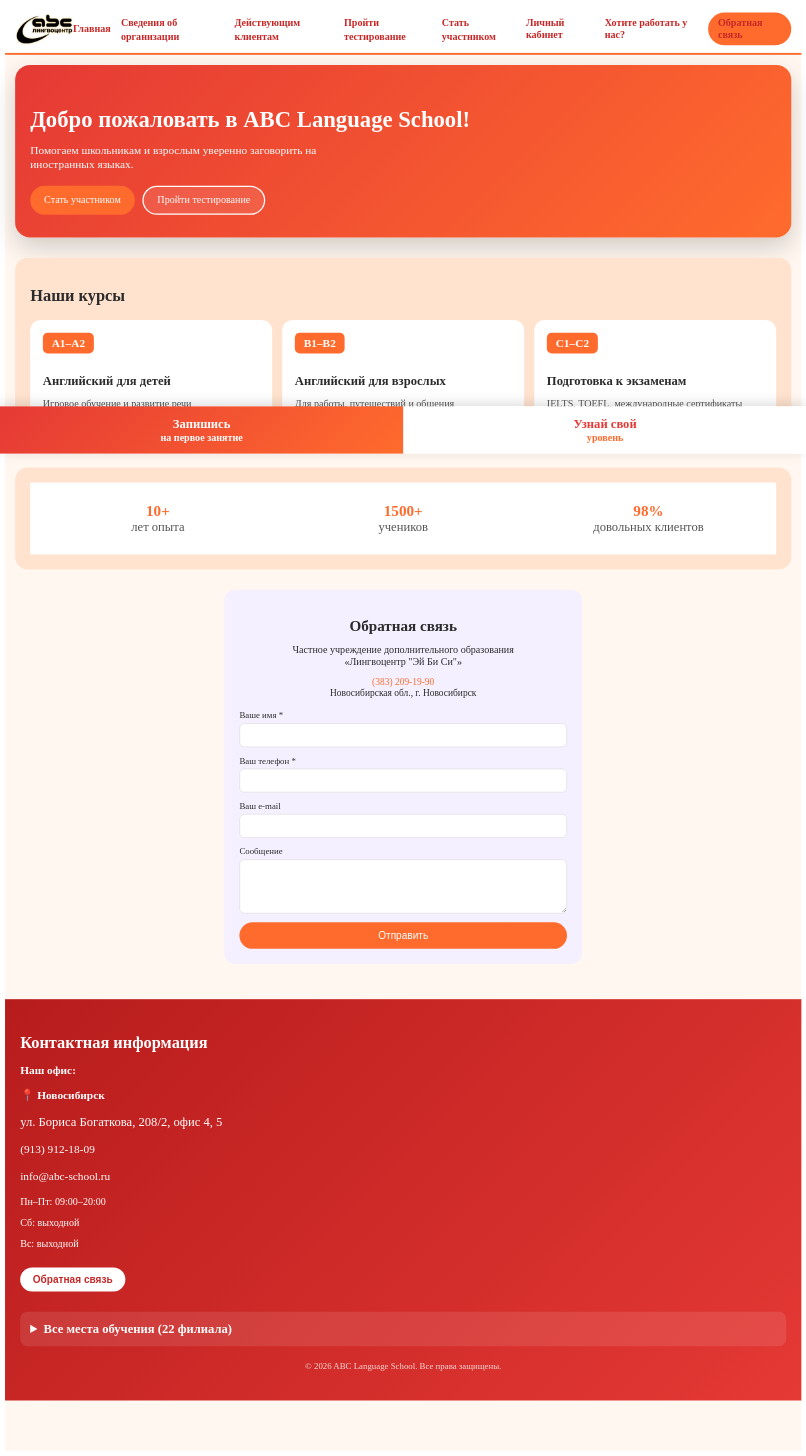
Repository: vidergooold/abc-language-school
Page: / (app in frontend/)
An editor plug-in stored every save of this project. The page is shown before and after the next save, followed by the edit.
The browser window is 1280 px wide. The pictures show the whole page, at 63% of full size.
The project was rebuilt for these pictures with package versions that can differ from the ones it lists, and the page was loaded fresh each time. Also part of the build but not shown: frontend/vite.config.ts, frontend/src/components/courses/CoursesFilter.vue, frontend/src/components/courses/CourseCard.vue, frontend/src/components/courses/CoursesGrid.vue, frontend/src/pages/Courses.vue, frontend/src/pages/Login.vue, frontend/src/pages/Register.vue, frontend/src/pages/Enroll.vue and 22 more.

Above is the page before, as saved 2026-01-11 21:50:04.

### frontend/src/main.ts
import { createApp } from 'vue'
import App from './App.vue'
import router from './router'
import './styles/theme.css'

import { createPinia } from 'pinia'

const pinia = createPinia()

createApp(App)
  .use(router)
  .use(pinia)
  .mount('#app')

### frontend/src/App.vue
<template>
  <div class="app">
    <Header />
    <main class="app-main">
      <router-view />
    </main>
    <Footer />
    <ScrollToTop />
    <FloatingCTA />
  </div>
</template>

<script setup lang="ts">
import Header from './components/layout/Header.vue'
import Footer from './components/layout/Footer.vue'
import ScrollToTop from './components/ui/ScrollToTop.vue'
import FloatingCTA from './components/ui/FloatingCTA.vue'
</script>

<style scoped>
.app {
  min-height: 100vh;
  display: flex;
  flex-direction: column;
  background: var(--bg-main);
  color: var(--text-main);
  font-size: var(--font-size-base);
  padding-bottom: 80px;
}

.app-main {
  flex: 1;
  padding: 16px;
}
</style>

### frontend/src/router/index.ts
import { createRouter, createWebHistory } from 'vue-router'

import Home from '@/pages/Home.vue'
import Courses from '@/pages/Courses.vue'
import Login from '@/pages/Login.vue'
import Register from '@/pages/Register.vue'
import Enroll from '@/pages/Enroll.vue'
import Testing from '@/pages/Testing.vue'
import Jobs from '@/pages/Jobs.vue'

// Organization layout и подстраницы
import OrganizationLayout from '@/components/layout/OrganizationLayout.vue'
import OrgMain from '@/pages/organization/Main.vue'
import OrgStructure from '@/pages/organization/Structure.vue'
import OrgDocs from '@/pages/organization/Docs.vue'
import OrgEducation from '@/pages/organization/Education.vue'
import OrgManagement from '@/pages/organization/Management.vue'
import OrgStaff from '@/pages/organization/Staff.vue'
import OrgFacilities from '@/pages/organization/Facilities.vue'
import OrgServices from '@/pages/organization/Services.vue'
import OrgFinance from '@/pages/organization/Finance.vue'
import OrgVacancies from '@/pages/organization/Vacancies.vue'
import OrgInternational from '@/pages/organization/International.vue'

// Clients layout и подстраницы
import ClientsLayout from '@/components/layout/ClientsLayout.vue'
import ClientsImportant from '@/pages/clients/Important.vue'
import ClientsHolidays from '@/pages/clients/Holidays.vue'
import ClientsPayment from '@/pages/clients/Payment.vue'
import ClientsTax from '@/pages/clients/Tax.vue'

import AccountLayout from '@/components/layout/AccountLayout.vue'
import Profile from '@/pages/account/Profile.vue'

import { useAuthStore } from '@/stores/auth'

const router = createRouter({
  history: createWebHistory(),
  routes: [
    { path: '/', component: Home },
    { path: '/courses', component: Courses },
    { path: '/enroll', component: Enroll },
    { path: '/testing', component: Testing },
    { path: '/jobs', component: Jobs },
    { path: '/login', component: Login },
    { path: '/register', component: Register },

    // Organization с вложенными маршрутами
    {
      path: '/organization',
      component: OrganizationLayout,
      redirect: '/organization/main',
      children: [
        { path: 'main', component: OrgMain },
        { path: 'structure', component: OrgStructure },
        { path: 'docs', component: OrgDocs },
        { path: 'education', component: OrgEducation },
        { path: 'management', component: OrgManagement },
        { path: 'staff', component: OrgStaff },
        { path: 'facilities', component: OrgFacilities },
        { path: 'services', component: OrgServices },
        { path: 'finance', component: OrgFinance },
        { path: 'vacancies', component: OrgVacancies },
        { path: 'international', component: OrgInternational },
      ],
    },

    // Clients с вложенными маршрутами
    {
      path: '/clients',
      component: ClientsLayout,
      redirect: '/clients/important',
      children: [
        { path: 'important', component: ClientsImportant },
        { path: 'holidays', component: ClientsHolidays },
        { path: 'payment', component: ClientsPayment },
        { path: 'tax', component: ClientsTax },
      ],
    },

    {
      path: '/account',
      component: AccountLayout,
      meta: { requiresAuth: true },
      children: [
        { path: '', component: Profile },
      ],
    },
  ],
})

router.beforeEach((to) => {
  const auth = useAuthStore()
  if (to.meta.requiresAuth && !auth.token) {
    return '/login'
  }
})

export default router

### frontend/src/styles/theme.css
:root {
  /* Цвета — красно-оранжевая палитра */
  --bg-main: #fff7f0;
  --bg-white: #ffffff;
  --brand-orange: #ff6b2d;     /* яркий оранжевый */
  --brand-red: #e53935;        /* красный */
  --brand-purple: #c62828;     /* заменили фиолетовый на тёмно-красный */
  --brand-dark-red: #b71c1c;   /* ещё темнее для контраста */

  --text-main: #2b2b2b;
  --text-secondary: #555555;

  /* Типографика */
  --font-size-base: 20px;
  --font-size-h1: 36px;
  --font-size-h2: 30px;
  --font-size-h3: 24px;

  /* Прочее */
  --border-radius: 16px;
}

### frontend/src/components/layout/Header.vue
<template>
  <header class="header">
    <RouterLink to="/" class="logo">
      <img src="/logo.png" alt="ABC School" class="logo-img" />
    </RouterLink>

    <nav class="nav">
      <RouterLink to="/">Главная</RouterLink>

      <div class="nav-item nav-dropdown">
        <span>Сведения об организации</span>
        <div class="nav-dropdown__menu">
          <RouterLink to="/organization/main">Основные сведения</RouterLink>
          <RouterLink to="/organization/structure">
            Структура и управление
          </RouterLink>
          <RouterLink to="/organization/docs">Документы</RouterLink>
          <RouterLink to="/organization/education">Образование</RouterLink>
          <RouterLink to="/organization/management">Руководство</RouterLink>
          <RouterLink to="/organization/staff">Педагогический состав</RouterLink>
          <RouterLink to="/organization/facilities">
            Материально-техническое обеспечение
          </RouterLink>
          <RouterLink to="/organization/services">
            Платные образовательные услуги
          </RouterLink>
          <RouterLink to="/organization/finance">
            Финансово-хозяйственная деятельность
          </RouterLink>
          <RouterLink to="/organization/vacancies">Вакантные места</RouterLink>
          <RouterLink to="/organization/international">
            Международное сотрудничество
          </RouterLink>
        </div>
      </div>

      <div class="nav-item nav-dropdown">
        <span>Действующим клиентам</span>
        <div class="nav-dropdown__menu">
          <RouterLink to="/clients/important">Важная информация</RouterLink>
          <RouterLink to="/clients/holidays">
            Каникулы и выходные дни
          </RouterLink>
          <RouterLink to="/clients/payment">
            Оплата, перерасчет, возврат
          </RouterLink>
          <RouterLink to="/clients/tax">Налоговый вычет</RouterLink>
        </div>
      </div>

      <div class="nav-item nav-dropdown">
        <span>Пройти тестирование</span>
        <div class="nav-dropdown__menu">
          <RouterLink to="/testing">1–5 классы</RouterLink>
          <RouterLink to="/testing">6–8 классы</RouterLink>
          <RouterLink to="/testing">9–11 классы, взрослые</RouterLink>
        </div>
      </div>

      <div class="nav-item nav-dropdown">
        <span>Стать участником</span>
        <div class="nav-dropdown__menu">
          <RouterLink to="/enroll">Анкета школьника</RouterLink>
          <RouterLink to="/enroll">Анкета взрослого</RouterLink>
          <RouterLink to="/enroll">Анкета дошкольника</RouterLink>
        </div>
      </div>

      <RouterLink to="/account" class="nav-item">
        Личный кабинет
      </RouterLink>

      <RouterLink to="/jobs" class="nav-item">
        Хотите работать у нас?
      </RouterLink>

      <a href="/#feedback" class="nav-item nav-feedback" @click="scrollToFeedback">
        Обратная связь
      </a>
    </nav>
  </header>
</template>

<script setup lang="ts">
import { RouterLink } from 'vue-router'

function scrollToFeedback(e: Event) {
  e.preventDefault()
  const el = document.getElementById('feedback')
  if (el) {
    el.scrollIntoView({ behavior: 'smooth' })
  } else {
    window.location.href = '/#feedback'
  }
}
</script>

<style scoped>
.header {
  display: flex;
  justify-content: space-between;
  align-items: center;
  padding: 12px 16px;
  background: #ffffff;
  border-bottom: 3px solid var(--brand-orange);
}

.logo {
  display: flex;
  align-items: center;
  text-decoration: none;
  cursor: pointer;
  transition: opacity 0.2s;
}

.logo:hover {
  opacity: 0.8;
}

.logo-img {
  height: 50px; /* настрой высоту под свой логотип */
  width: auto;
  object-fit: contain;
}

.nav {
  display: flex;
  gap: 16px;
  align-items: center;
}

.nav a,
.nav-item span {
  font-size: 16px;
  font-weight: 600;
  color: var(--brand-purple);
  text-decoration: none;
}

.nav-item {
  position: relative;
  cursor: pointer;
}

.nav-dropdown__menu {
  display: none;
  position: absolute;
  top: 120%;
  left: 0;
  flex-direction: column;
  background: #fff7f0;
  padding: 12px 0;
  border-radius: 10px;
  box-shadow: 0 6px 18px rgba(0, 0, 0, 0.18);
  min-width: 280px;
  z-index: 10;
}

.nav-dropdown:hover .nav-dropdown__menu {
  display: flex;
}

.nav-dropdown__menu a {
  padding: 12px 16px;
  white-space: nowrap;
  font-size: 15px;
}

.nav-dropdown__menu a:hover {
  background: #ffe3cf;
}

.nav-feedback {
  padding: 8px 16px;
  border-radius: 999px;
  background: var(--brand-orange);
  color: #ffffff;
  text-decoration: none;
}

.nav-feedback:hover {
  background: var(--brand-red);
}
</style>

### frontend/src/components/ui/ScrollToTop.vue
<template>
  <button
    v-if="visible"
    class="scroll-top"
    @click="scrollToTop"
    aria-label="Наверх"
  >
    ↑
  </button>
</template>

<script setup lang="ts">
import { onMounted, onBeforeUnmount, ref } from 'vue'

const visible = ref(false)

function onScroll() {
  visible.value = window.scrollY > 300
}

function scrollToTop() {
  window.scrollTo({ top: 0, behavior: 'smooth' })
}

onMounted(() => {
  window.addEventListener('scroll', onScroll)
})

onBeforeUnmount(() => {
  window.removeEventListener('scroll', onScroll)
})
</script>

<style scoped>
.scroll-top {
  position: fixed;
  right: 24px;
  bottom: 100px; /* было 32px — подняли над фиксированными кнопками */
  width: 56px;
  height: 56px;
  border-radius: 999px;
  border: none;
  background: var(--brand-orange);
  color: #fff;
  font-size: 32px;
  cursor: pointer;
  box-shadow: 0 6px 16px rgba(0, 0, 0, 0.25);
  transition: transform 0.2s, box-shadow 0.2s;
  z-index: 101; /* выше FloatingCTA */
}

.scroll-top:hover {
  transform: translateY(-4px);
  box-shadow: 0 8px 20px rgba(0, 0, 0, 0.3);
}
</style>

### frontend/src/components/ui/FloatingCTA.vue
<template>
  <div class="floating-cta">
    <RouterLink to="/enroll" class="cta-btn cta-btn--enroll">
      <span class="cta-btn__title">Запишись</span>
      <span class="cta-btn__subtitle">на первое занятие</span>
    </RouterLink>

    <RouterLink to="/testing" class="cta-btn cta-btn--level">
      <span class="cta-btn__title">Узнай свой</span>
      <span class="cta-btn__subtitle">уровень</span>
    </RouterLink>
  </div>
</template>

<script setup lang="ts">
import { RouterLink } from 'vue-router'
</script>

<style scoped>
.floating-cta {
  position: fixed;
  bottom: 0;
  left: 0;
  right: 0;
  display: grid;
  grid-template-columns: 1fr 1fr;
  gap: 0;
  z-index: 100;
  box-shadow: 0 -4px 20px rgba(0, 0, 0, 0.15);
}

.cta-btn {
  padding: 16px 20px;
  text-align: center;
  text-decoration: none;
  display: flex;
  flex-direction: column;
  align-items: center;
  justify-content: center;
  transition: transform 0.2s;
}

.cta-btn:hover {
  transform: translateY(-4px);
}

.cta-btn--enroll {
  background: linear-gradient(135deg, var(--brand-red), var(--brand-orange));
  color: #ffffff;
}

.cta-btn--level {
  background: #ffffff;
  color: var(--brand-red); /* было purple */
  border-left: 1px solid #e0e0e0;
}

.cta-btn__title {
  font-size: 20px;
  font-weight: 700;
  margin-bottom: 2px;
}

.cta-btn__subtitle {
  font-size: 16px;
  font-weight: 600;
}

.cta-btn--level .cta-btn__subtitle {
  color: var(--brand-orange);
}
</style>

### frontend/src/pages/Home.vue
<template>
  <div class="home">
    <!-- Hero -->
    <section class="hero">
      <div class="hero__content">
        <h1 class="hero__title">
          Добро пожаловать в ABC Language School!
        </h1>
        <p class="hero__text">
          Помогаем школьникам и взрослым уверенно заговорить
          на иностранных языках.
        </p>

        <div class="hero__actions">
          <RouterLink to="/enroll" class="btn btn-primary">
            Стать участником
          </RouterLink>
          <RouterLink to="/testing" class="btn btn-secondary">
            Пройти тестирование
          </RouterLink>
        </div>
      </div>
    </section>

    <!-- Превью курсов (убрали повторный заголовок) -->
    <section class="section">
      <CoursesPreview />
    </section>

    <!-- Блок преимуществ / статистики -->
    <section class="section">
      <StatsBlock />
    </section>

    <!-- Обратная связь -->
    <section id="feedback" class="section feedback-section">
      <FeedbackForm />
    </section>
  </div>
</template>

<script setup lang="ts">
import CoursesPreview from '@/components/home/CoursesPreview.vue'
import StatsBlock from '@/components/home/StatsBlock.vue'
import FeedbackForm from '@/components/home/FeedbackForm.vue'

</script>

<style scoped>
.home {
  display: flex;
  flex-direction: column;
  gap: 32px;
}

/* Hero */
.hero {
  background: linear-gradient(135deg, var(--brand-red), var(--brand-orange));
  color: #ffffff;
  border-radius: 24px;
  padding: 36px 24px;
  box-shadow: 0 16px 40px rgba(0, 0, 0, 0.18);
}

.hero__title {
  font-size: var(--font-size-h1);
  font-weight: 700;
  margin-bottom: 12px;
}

.hero__text {
  font-size: 18px;
  margin-bottom: 24px;
  max-width: 520px;
}

.hero__actions {
  display: flex;
  flex-wrap: wrap;
  gap: 12px;
}

.btn {
  display: inline-flex;
  align-items: center;
  justify-content: center;
  padding: 12px 22px;
  border-radius: 999px;
  font-size: 16px;
  text-decoration: none;
  cursor: pointer;
}

.btn-primary {
  background: var(--brand-orange);
  color: #ffffff;
}

.btn-secondary {
  border: 2px solid #ffffff;
  color: #ffffff;
  background: rgba(255, 255, 255, 0.1);
}

/* Оранжевые секции */
.section {
  background: #ffe3cf;
  border-radius: 20px;
  padding: 24px;
}

.feedback-section {
  background: transparent;
  padding: 0;
}
</style>

### frontend/src/stores/auth.ts
import { defineStore } from 'pinia'
import http from '@/api/http'

export const useAuthStore = defineStore('auth', {
  state: () => ({
    token: localStorage.getItem('token') as string | null,
  }),

  actions: {
    async login(email: string, password: string) {
      const res = await http.post('/auth/login', { email, password })
      this.token = res.data.access_token
      localStorage.setItem('token', this.token!)
    },
    logout() {
      this.token = null
      localStorage.removeItem('token')
    },
  },
})

### frontend/src/components/home/CoursesPreview.vue
<template>
  <section class="courses">
    <h2 class="section-title">Наши курсы</h2>

    <div class="courses-grid">
      <div class="course-card">
        <span class="level">A1–A2</span>
        <h3>Английский для детей</h3>
        <p>Игровое обучение и развитие речи</p>
      </div>

      <div class="course-card">
        <span class="level">B1–B2</span>
        <h3>Английский для взрослых</h3>
        <p>Для работы, путешествий и общения</p>
      </div>

      <div class="course-card">
        <span class="level">C1–C2</span>
        <h3>Подготовка к экзаменам</h3>
        <p>IELTS, TOEFL, международные сертификаты</p>
      </div>
    </div>
  </section>
</template>

<style scoped>
.courses {
  padding: 0;
}

.section-title {
  font-size: 26px;
  font-weight: 700;
  margin-bottom: 24px;
}

.courses-grid {
  display: grid;
  grid-template-columns: 1fr;
  gap: 16px;
}

.course-card {
  background: var(--bg-white);
  padding: 20px;
  border-radius: var(--border-radius);
}

.course-card .level {
  display: inline-block;
  background: var(--brand-orange);
  color: #ffffff;
  padding: 6px 14px;
  border-radius: 8px;
  font-size: 18px;
  font-weight: 700;
  margin-bottom: 12px;
}

.course-card h3 {
  font-size: 20px;
  margin-bottom: 8px;
}

.course-card p {
  font-size: 16px;
  color: var(--text-secondary);
}

@media (min-width: 768px) {
  .courses-grid {
    grid-template-columns: repeat(3, 1fr);
  }
}
</style>

### frontend/src/components/home/StatsBlock.vue
<template>
  <section class="stats">
    <div class="stats__item">
      <strong>10+</strong>
      <span>лет опыта</span>
    </div>

    <div class="stats__item">
      <strong>1500+</strong>
      <span>учеников</span>
    </div>

    <div class="stats__item">
      <strong>98%</strong>
      <span>довольных клиентов</span>
    </div>
  </section>
</template>

<style scoped>
.stats {
  display: grid;
  grid-template-columns: 1fr;
  gap: 16px;
  padding: 32px 16px;
  background: var(--bg-white);
}

.stats__item {
  text-align: center;
}

.stats__item strong {
  font-size: 24px;
  color: var(--brand-orange);
}

.stats__item span {
  display: block;
  color: var(--text-secondary);
}

@media (min-width: 768px) {
  .stats {
    grid-template-columns: repeat(3, 1fr);
  }
}
</style>

### frontend/src/components/home/FeedbackForm.vue
<template>
  <div class="feedback">
    <h2 class="feedback__title">Обратная связь</h2>

    <p class="feedback__org">
      Частное учреждение дополнительного образования<br />
      «Лингвоцентр &quot;Эй Би Си&quot;»
    </p>

    <p class="feedback__contact">
      <a href="tel:+73832091990">(383) 209-19-90</a><br />
      Новосибирская обл., г. Новосибирск
    </p>

    <form class="feedback__form" @submit.prevent="submit">
      <div class="field">
        <label>Ваше имя *</label>
        <input v-model="name" type="text" required />
      </div>

      <div class="field">
        <label>Ваш телефон *</label>
        <input v-model="phone" type="tel" required />
      </div>

      <div class="field">
        <label>Ваш e‑mail</label>
        <input v-model="email" type="email" />
      </div>

      <div class="field">
        <label>Сообщение</label>
        <textarea v-model="message" rows="4" />
      </div>

      <button class="submit-btn" type="submit">
        Отправить
      </button>
    </form>
  </div>
</template>

<script setup lang="ts">
import { ref } from 'vue'

const name = ref('')
const phone = ref('')
const email = ref('')
const message = ref('')

function submit() {
  // здесь позже можно добавить отправку на backend
  alert('Спасибо! Мы свяжемся с вами.')
}
</script>

<style scoped>
.feedback {
  max-width: 520px;
  margin: 0 auto;
  padding: 24px;
  background: #f5f0ff;
  border-radius: 16px;
}

.feedback__title {
  font-size: 24px;
  margin-bottom: 12px;
  text-align: center;
}

.feedback__org {
  font-size: 16px;
  text-align: center;
  margin-bottom: 8px;
}

.feedback__contact {
  font-size: 15px;
  text-align: center;
  margin-bottom: 20px;
}

.feedback__contact a {
  color: var(--brand-orange);
  text-decoration: none;
}

.feedback__form .field {
  display: flex;
  flex-direction: column;
  margin-bottom: 14px;
}

.feedback__form label {
  font-size: 14px;
  margin-bottom: 4px;
}

.feedback__form input,
.feedback__form textarea {
  padding: 10px;
  border-radius: 8px;
  border: 1px solid #ddd;
  font-size: 14px;
}

.submit-btn {
  width: 100%;
  padding: 12px;
  border-radius: 999px;
  border: none;
  background: var(--brand-orange);
  color: #fff;
  font-size: 16px;
  cursor: pointer;
}
</style>

### frontend/src/api/http.ts
import axios from 'axios'
import { useAuthStore } from '@/stores/auth'

const http = axios.create({
  baseURL: 'http://localhost:8000/api/v1',
  headers: {
    'Content-Type': 'application/json',
  },
})

// автоматически добавляем JWT, если есть
http.interceptors.request.use((config) => {
  const authStore = useAuthStore()
  if (authStore.token) {
    config.headers = config.headers || {}
    config.headers.Authorization = `Bearer ${authStore.token}`
  }
  return config
})

export default http

Loaded but not shown: frontend/index.html (common file); frontend/src/components/layout/Footer.vue (389 lines, source omitted)

After the next save:
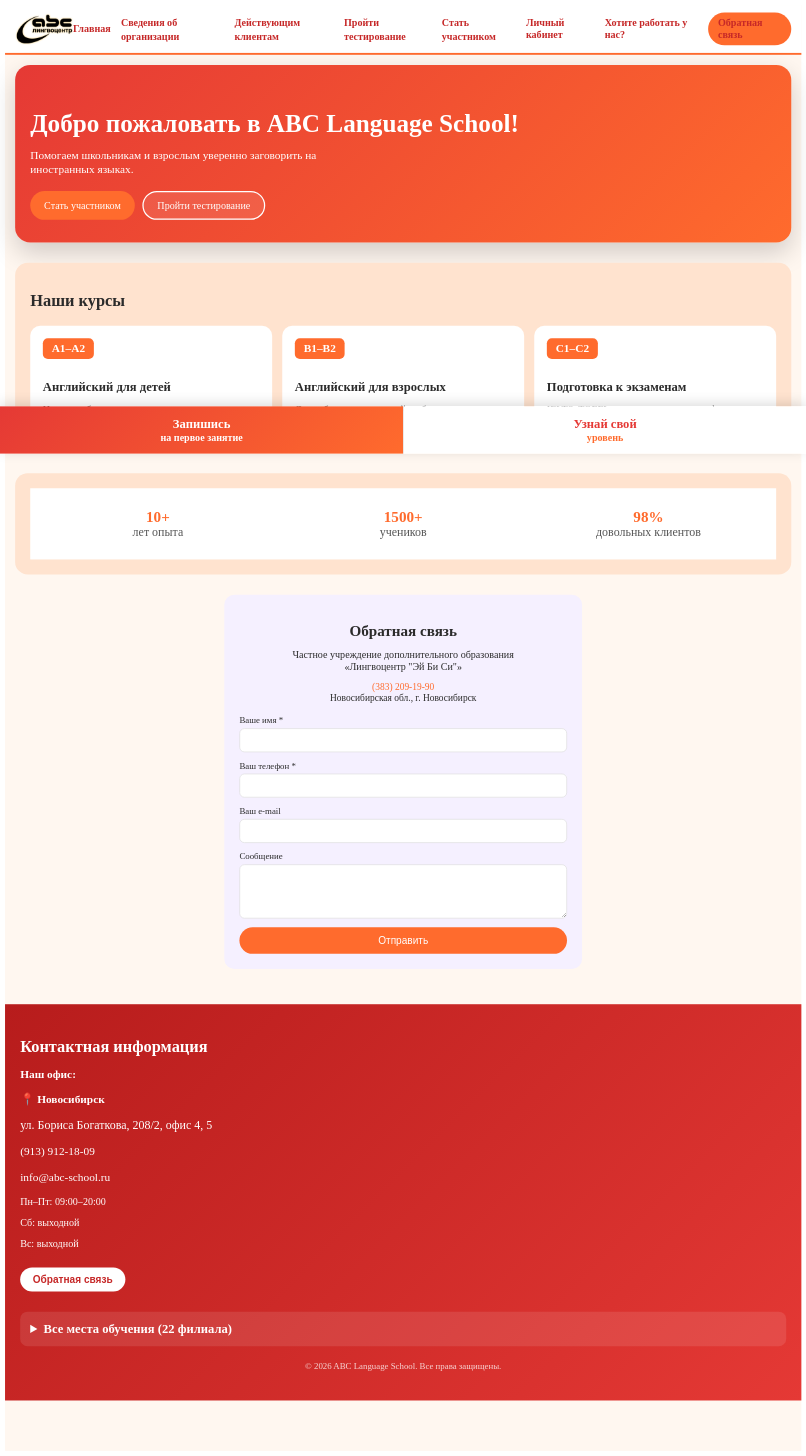
Saved 5 min 33 s later.
--- a/frontend/src/styles/theme.css
+++ b/frontend/src/styles/theme.css
@@ -1,20 +1,20 @@
 :root {
-  /* Цвета — красно-оранжевая палитра */
+  /* Цвета */
   --bg-main: #fff7f0;
   --bg-white: #ffffff;
-  --brand-orange: #ff6b2d;     /* яркий оранжевый */
-  --brand-red: #e53935;        /* красный */
-  --brand-purple: #c62828;     /* заменили фиолетовый на тёмно-красный */
-  --brand-dark-red: #b71c1c;   /* ещё темнее для контраста */
+  --brand-orange: #ff6b2d;
+  --brand-red: #e53935;
+  --brand-purple: #c62828;
+  --brand-dark-red: #b71c1c;
 
   --text-main: #2b2b2b;
   --text-secondary: #555555;
 
-  /* Типографика */
-  --font-size-base: 20px;
-  --font-size-h1: 36px;
-  --font-size-h2: 30px;
-  --font-size-h3: 24px;
+  /* Типографика — как на скрине Юнисити */
+  --font-size-base: 19px;   /* основной текст */
+  --font-size-h1: 40px;     /* крупные заголовки */
+  --font-size-h2: 32px;
+  --font-size-h3: 26px;
 
   /* Прочее */
   --border-radius: 16px;
